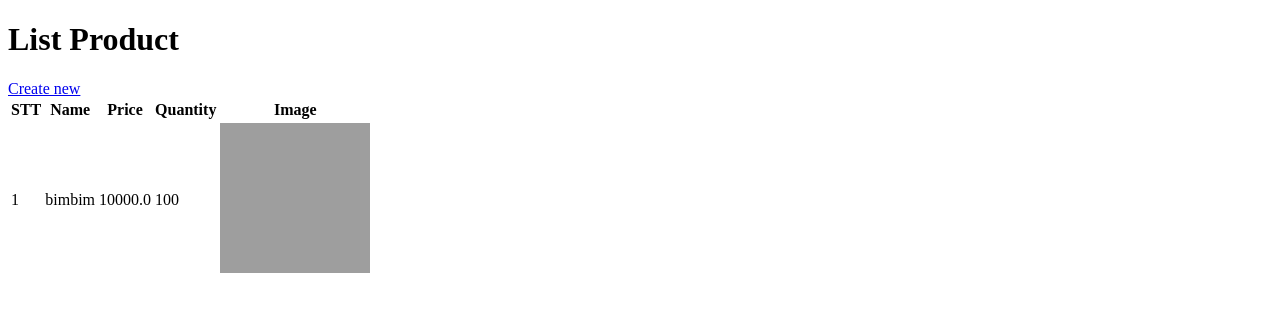
Repository: hongquan16101995/servlet-jw0124
Page: http://localhost/demo/products
These files come from the project's save history. The page is drawn as it stood at one moment and after the next save; the edit follows.
The browser window is 1280 px wide. The pictures show the whole page.
Pictures or frames that could not be fetched are drawn as grey boxes. The page is served by Tomcat 9. Other server files are loaded and not shown.

Above is the page before, as saved 2024-05-07 14:11:36.

### demo/src/main/webapp/product/list.jsp
<%@ page language="java" contentType="text/html; charset=ISO-8859-1"
    pageEncoding="ISO-8859-1"%>
<%@ taglib prefix = "c" uri = "http://java.sun.com/jsp/jstl/core" %>
<!DOCTYPE html>
<html>
<head>
<meta charset="ISO-8859-1">
<title>Insert title here</title>
<style type="text/css">
	img {
		width: 150px;
		height: 150px;
	}
</style>
</head>
<body>
<h1>List Product</h1>
<a href="/demo/products?action=createGet">Create new</a>
<table>
	<tr>
		<th>STT</th>
		<th>Name</th>
		<th>Price</th>
		<th>Quantity</th>
		<th>Image</th>
	</tr>
	<c:forEach items="${products}" var="p" varStatus="ps">
		<td>${ps.count }</td>
		<td>${p.name }</td>
		<td>${p.price }</td>
		<td>${p.quantity }</td>
		<td><img src="${p.image }"/></td>
	</c:forEach>
</table>
</body>
</html>

### demo/src/main/java/controller/ProductServlet.java
package controller;

import java.io.IOException;
import java.util.List;

import javax.servlet.ServletException;
import javax.servlet.annotation.WebServlet;
import javax.servlet.http.HttpServlet;
import javax.servlet.http.HttpServletRequest;
import javax.servlet.http.HttpServletResponse;

import model.Product;
import service.ProductService;

/**
 * Servlet implementation class ProductServlet
 */
@WebServlet("/products")
public class ProductServlet extends HttpServlet {
	private static final long serialVersionUID = 1L;
	private ProductService productService = new ProductService();

	/**
	 * @see HttpServlet#doGet(HttpServletRequest request, HttpServletResponse response)
	 */
	protected void doGet(HttpServletRequest request, HttpServletResponse response) throws ServletException, IOException {
		// TODO Auto-generated method stub
		String action = request.getParameter("action");
		if (action == null) {
			action = "";
		}
		switch(action) {
			case "createGet":
				createGet(request, response);
				break;
			case "updateGet":
				updateGet(request, response);
				break;
			case "deleteProduct":
				deleteProduct(request, response);
				break;
			default:
				displayAllProduct(request, response);
				break;
		}
	}

	/**
	 * @see HttpServlet#doPost(HttpServletRequest request, HttpServletResponse response)
	 */
	protected void doPost(HttpServletRequest request, HttpServletResponse response) throws ServletException, IOException {
		// TODO Auto-generated method stub
		String action = request.getParameter("action");
		if (action == null) {
			action = "";
		}
		switch(action) {
			case "createPost":
				createPost(request, response);
				break;
			case "updatePost":
				updatePost(request, response);
				break;
		}
	}

	private void displayAllProduct(HttpServletRequest request, HttpServletResponse response) throws ServletException, IOException {
		List<Product> products = productService.getProducts();
		request.setAttribute("products", products);
		request.getRequestDispatcher("product/list.jsp").forward(request, response);
	}

	private void createGet(HttpServletRequest request, HttpServletResponse response) throws ServletException, IOException {
		Product product = new Product();
		request.setAttribute("product", product);
		request.getRequestDispatcher("product/create.jsp").forward(request, response);
	}

	private void createPost(HttpServletRequest request, HttpServletResponse response) throws ServletException, IOException {
		int id = Integer.parseInt(request.getParameter("id"));
		String name = request.getParameter("name");
		double price = Double.parseDouble(request.getParameter("price"));
		int quantity = Integer.parseInt(request.getParameter("quantity"));
		String image = request.getParameter("image");
		productService.createProduct(new Product(id, name, price, quantity, image));
		response.sendRedirect("/demo/products");
	}

	private void updateGet(HttpServletRequest request, HttpServletResponse response) throws ServletException, IOException {
		int id = Integer.parseInt(request.getParameter("id"));
		Product product = productService.getById(id);
		request.setAttribute("product", product);
		request.getRequestDispatcher("product/update.jsp").forward(request, response);
	}

	private void updatePost(HttpServletRequest request, HttpServletResponse response) throws ServletException, IOException {
		int id = Integer.parseInt(request.getParameter("id"));
		String name = request.getParameter("name");
		double price = Double.parseDouble(request.getParameter("price"));
		int quantity = Integer.parseInt(request.getParameter("quantity"));
		String image = request.getParameter("image");
		productService.updateProduct(id, new Product(id, name, price, quantity, image));
		response.sendRedirect("/demo/products");
	}

	private void deleteProduct(HttpServletRequest request, HttpServletResponse response) throws ServletException, IOException {
		int id = Integer.parseInt(request.getParameter("id"));
		productService.deleteProduct(id);
		response.sendRedirect("/demo/products");
	}

}

### demo/src/main/java/model/Product.java
package model;

public class Product {
	private int id;
	private String name;
	private double price;
	private int quantity;
	private String image;

	public Product() {}

	public Product(int id, String name, double price, int quantity, String image) {
		super();
		this.id = id;
		this.name = name;
		this.price = price;
		this.quantity = quantity;
		this.image = image;
	}

	public int getId() {
		return id;
	}

	public void setId(int id) {
		this.id = id;
	}

	public String getName() {
		return name;
	}

	public void setName(String name) {
		this.name = name;
	}

	public double getPrice() {
		return price;
	}

	public void setPrice(double price) {
		this.price = price;
	}

	public int getQuantity() {
		return quantity;
	}

	public void setQuantity(int quantity) {
		this.quantity = quantity;
	}

	public String getImage() {
		return image;
	}

	public void setImage(String image) {
		this.image = image;
	}
}

After the next save:
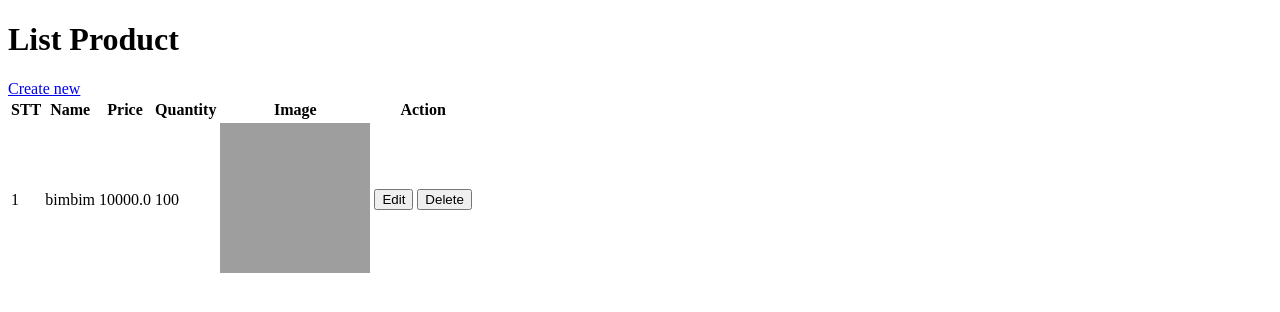
Saved 2 min 7 s later.
--- a/demo/src/main/webapp/product/list.jsp
+++ b/demo/src/main/webapp/product/list.jsp
@@ -23,6 +23,7 @@
 		<th>Price</th>
 		<th>Quantity</th>
 		<th>Image</th>
+		<th colspan="2">Action</th>
 	</tr>
 	<c:forEach items="${products}" var="p" varStatus="ps">
 		<td>${ps.count }</td>
@@ -30,6 +31,8 @@
 		<td>${p.price }</td>
 		<td>${p.quantity }</td>
 		<td><img src="${p.image }"/></td>
+		<td><a href="/demo/products?action=updateGet&id=${p.id }"><button>Edit</button></a></td>
+		<td><a href="/demo/products?action=deleteProduct&id=${p.id }"><button>Delete</button></a></td>
 	</c:forEach>
 </table>
 </body>
